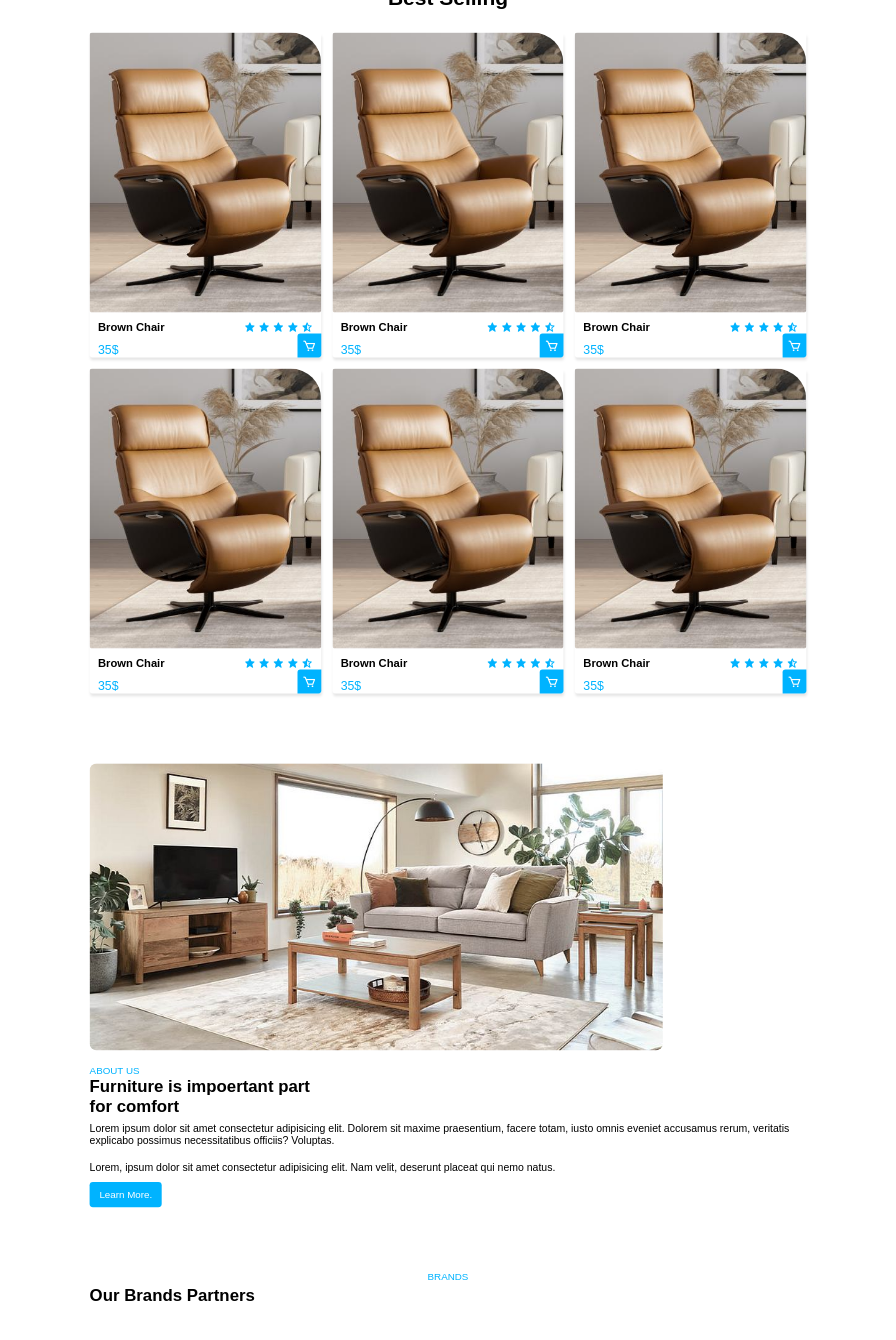
Repository: alishbah7/Choice1
Page: index.html
These files come from the project's save history. The page is drawn as it stood at one moment and after the next save; the edit follows.
The browser window is 1280 px wide. The pictures show the part of the page from y = 1942 to 3862 px (the page is 3856 px tall before and 3862 px after), at 70% of full size.
Backgrounds fixed to the window are drawn as part of the page.

Above is the page before, as saved 2024-11-24 11:13:47.

After the next save:
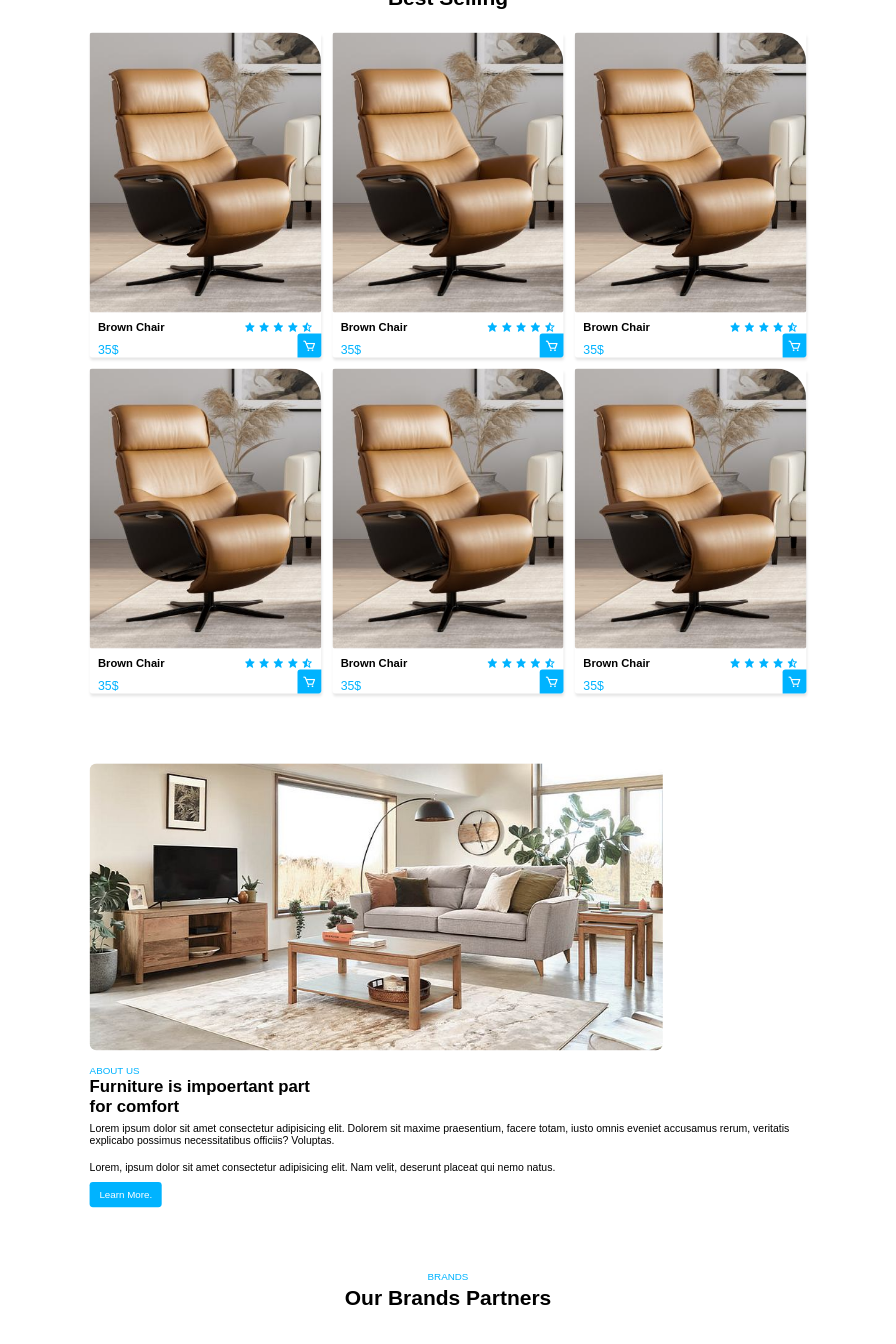
Saved 52 s later.
--- a/index.html
+++ b/index.html
@@ -289,7 +289,7 @@
 <section class="brands" id="brands">
     <div class="heading">
         <span>Brands</span>
-        <h2>Our Brands Partners</h2>
+        <h1>Our Brands Partners</h1>
     </div>
 </section>
 
